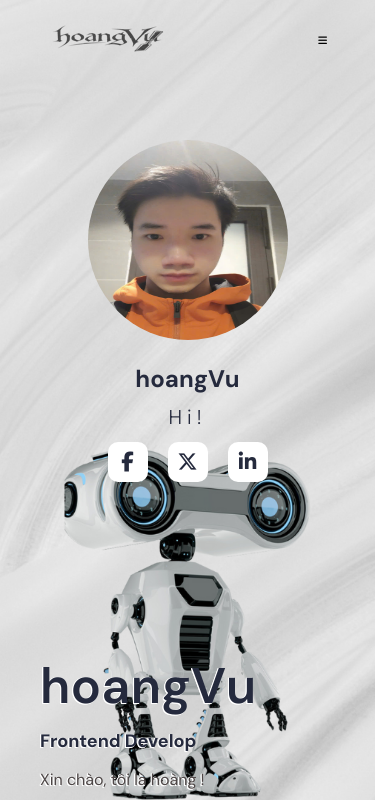
Repository: hoang28092000/portfolio
Page: index.html
An editor plug-in stored every save of this project. The page is shown before and after the next save, followed by the edit.
The browser window is 375 px wide. The pictures show the whole page.

Above is the page before, as saved 2025-04-10 23:20:10.

### index.html
<!DOCTYPE html>
<html lang="en">
  <head>
    <meta charset="UTF-8" />
    <meta name="viewport" content="width=device-width, initial-scale=1.0" />
    <link rel="preconnect" href="https://fonts.googleapis.com" />
    <link rel="preconnect" href="https://fonts.gstatic.com" crossorigin />
    <link
      href="https://fonts.googleapis.com/css2?family=DM+Sans:ital,opsz,wght@0,9..40,100..1000;1,9..40,100..1000&family=Montserrat:ital,wght@0,100..900;1,100..900&family=Sora:wght@100..800&display=swap"
      rel="stylesheet"
    />
    <link
      rel="stylesheet"
      href="https://cdnjs.cloudflare.com/ajax/libs/font-awesome/6.7.2/css/all.min.css"
      integrity="sha512-Evv84Mr4kqVGRNSgIGL/F/aIDqQb7xQ2vcrdIwxfjThSH8CSR7PBEakCr51Ck+w+/U6swU2Im1vVX0SVk9ABhg=="
      crossorigin="anonymous"
      referrerpolicy="no-referrer"
    />
    <link rel="stylesheet" href="./css/style.css" />
    <link rel="stylesheet" href="./css/responsive.css" />
    <title>Portfolio</title>
  </head>
  <body>
    <div class="banner">
      <div class="top-header">
        <nav>
          <ul class="nav-list">
            <li class="item-nav">
              <a href="" class="txt-nav">About</a>
            </li>
            <li class="item-nav">
              <a href="" class="txt-nav">Skills</a>
            </li>
            <li class="item-nav">
              <a href="" class="txt-nav">Contact</a>
            </li>
          </ul>
        </nav>
        <div class="top-header-mobile">
          <img src="./asset/image/hoangVu_logo.png" alt="" class="logo-header">
          <i class="fa-solid fa-bars"></i>
        </div>
      </div>
      <div class="slice" style="--quantity: 10">
        <div class="item" style="--position: 1">
          <img src="./asset/image/anh_1.png" alt="" />
        </div>
        <div class="item" style="--position: 2">
          <img src="./asset/image/anh_2.png" alt="" />
        </div>
        <div class="item" style="--position: 3">
          <img src="./asset/image/anh_3.png" alt="" />
        </div>
        <div class="item" style="--position: 4">
          <img src="./asset/image/anh_4.png" alt="" />
        </div>
        <div class="item" style="--position: 5">
          <img src="./asset/image/anh_5.png" alt="" />
        </div>
        <div class="item" style="--position: 6">
          <img src="./asset/image/anh_6.png" alt="" />
        </div>
        <div class="item" style="--position: 7">
          <img src="./asset/image/anh_7.png" alt="" />
        </div>
        <div class="item" style="--position: 8">
          <img src="./asset/image/anh_8.png" alt="" />
        </div>
        <div class="item" style="--position: 9">
          <img src="./asset/image/anh_9.png" alt="" />
        </div>
        <div class="item" style="--position: 10">
          <img src="./asset/image/anh_10.png" alt="" />
        </div>
      </div>
      <div class="card-mobile">
        <img src="./asset/image/avt.jpg" alt="picture me" class="avt-mobile" />
        <h3 class="name-avt">hoangVu</h3>
        <p>Hi!</p>
        <div class="social-mobile">
          <a href="https://www.facebook.com/profile.php?id=100008725181742" target="_blank"><i class="fa-brands fa-facebook-f icon-mobile"></i></a>
          <a href="https://x.com/kinsman2809" target="_blank"><i class="fa-brands fa-x-twitter icon-mobile"></i></a>
          <a href="https://www.linkedin.com/in/ho%C3%A0ng-v%C5%A9-0b4891179/" target="_blank"><i class="fa-brands fa-linkedin-in icon-mobile"></i></a>
        </div>
      </div>
      <div class="content">
        <h2 class="heading-content">hoangVu</h2>
        <p class="txt">Frontend Develop</p>
        <p class="desc">Xin chào, tôi là hoàng !</p>
      </div>
    </div>
  </body>
</html>

### css/style.css
* {
  padding: 0;
  margin: 0;
  box-sizing: border-box;
}
html {
  font-family: "DM Sans", sans-serif;
  font-size: 62.5%;
}

.banner {
  background: url("../asset/image/banner-main.png") center / cover no-repeat;
  width: 100%;
  height: 100vh;
  overflow: hidden;
  text-align: center;
  padding-top: 20px;
  position: relative;
}

.top-header .nav-list {
  display: flex;
  justify-content: center;
  align-items: center;
  list-style: none;
  column-gap: 60px;
}
.txt-nav {
  font-size: 1.8rem;
  color: #6d6c6c;
  text-decoration: none;
}

.txt-nav:hover {
  color: #fff;
}

/* content */

.banner .slice {
  position: absolute;
  width: 120px;
  height: 180px;
  top: 17%;
  left: calc(50% - 50px); /* căn giữa theo chiều ngang */
  transform: translateX(-50%);
  transform-origin: center center;
  transform-style: preserve-3d;
  transform: perspective(1000px);
  animation: autoRun 30s linear infinite;
}

@keyframes autoRun{
    from{
        transform: perspective(1000px) rotateX(-16deg) rotateY(0);
    }
    to{
        transform: perspective(1000px) rotateX(-16deg) rotateY(360deg);
    }
}
.banner .slice .item {
  position: absolute;
  inset: 0 0 0 0;
  transform:
    rotateY(calc( (var(--position) - 1) * (360 / var(--quantity)) *1deg))
    translateZ(550px);
}
 .banner .slice:hover{
    animation-play-state: paused;
}

.banner .slice .item img {
  width: 100%;
  height: 100%;
  object-fit: cover;
  border-radius: 10px;
}

.banner .content{
    text-align: right;
    width: 200px;
    position: absolute;
    bottom: 40px;
    right: 100px;
}
.banner .heading-content{
    font-size: 5rem;
    color: #252a3d;
    font-weight: 600;
    margin-bottom: 10px;
    text-shadow:
    -1px -0.5px -0 #fff,
     -1px -0.5px 0 #fff,
    -1px  0.5px 0 #fff,
     -1px  0.5px 0 #fff;
    letter-spacing: 0.5px;
}
.banner .txt{
    font-size: 1.8rem;
    color: #252a3d;
    font-weight: 700;
    margin-bottom: 16px;
    text-shadow:
    -1px -0.5px -0 #fff,
     -1px -0.5px 0 #fff,
    -1px  0.5px 0 #fff,
     -1px  0.5px 0 #fff;
}
.banner .desc{
    font-size: 1.6rem;
    color: #4d4646;
    text-shadow:
    -1px -0.5px -0 #fff,
     -1px -0.5px 0 #fff,
    -1px  0.5px 0 #fff,
     -1px  0.5px 0 #fff;
}

### css/responsive.css
/* home page */
@media (max-width: 1024px) {
  .banner .slice {
    margin-top: 30px;
    width: 100px;
    height: 125px;
  }
  .banner .slice .item {
    transform: rotateY(
        calc((var(--position) - 1) * (360 / var(--quantity)) * 1deg)
      )
      translateZ(350px);
  }
  .card-mobile {
    display: none;
  }
  .top-header-mobile{
    display: none;
  }
}
@media (max-width: 768px) {
  .banner .slice .item {
    transform: rotateY(
        calc((var(--position) - 1) * (360 / var(--quantity)) * 1deg)
      )
      translateZ(250px);
  }
  .card-mobile {
    display: none;
  }
  .top-header-mobile{
    display: none;
  }
}
@media (max-width: 480px) {
  .banner .slice {
    display: none;
  }
  .banner .content {
    text-align: left;
    bottom: 10px;
    left: 40px;
  }
  .card-mobile {
    display: block;
    margin-top: 80px;
    text-align: center;
  }
  .avt-mobile {
    width: 200px;
    height: 200px;
    border-radius: 50%;
    margin-bottom: 20px;
  }
  .card-mobile .name-avt {
    font-size: 2.4rem;
    font-weight: 700;
    color: #252a3d;
    margin-bottom: 10px;
  }
  .card-mobile p{
    font-size: 2rem;
    color: #252a3d;
    letter-spacing: 5px;
    font-weight: 300;
  }
  .social-mobile {
    margin-top: 12px;
    display: flex;
    justify-content: center;
    align-items: center;
    column-gap: 20px;
  }
  .icon-mobile {
    display: flex;
    justify-content: center;
    align-items: center;
    width: 40px;
    height: 40px;
    font-size: 2rem;
    background-color: #fff;
    border-radius: 10px;
    color: #252a3d;
  }
  .social-mobile a {
    text-decoration: none;
  }
  .top-header .nav-list{
    display: none;
  }
  .top-header-mobile{
    display: block;
  }
  .top-header-mobile{
    display: flex;
    padding: 0 48px;
    align-items: center;
    justify-content: space-between;
  }
  .logo-header{
    width: 120px;
    height: 40px;
  }
}

After the next save:
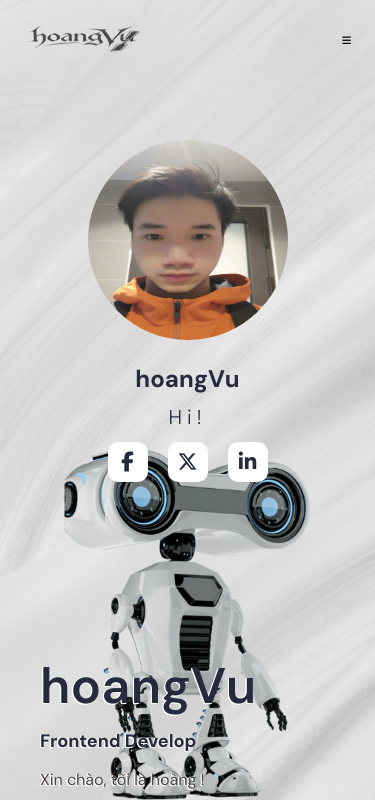
Saved 5 s later.
--- a/css/responsive.css
+++ b/css/responsive.css
@@ -93,7 +93,7 @@
   }
   .top-header-mobile{
     display: flex;
-    padding: 0 48px;
+    padding: 0 24px;
     align-items: center;
     justify-content: space-between;
   }
